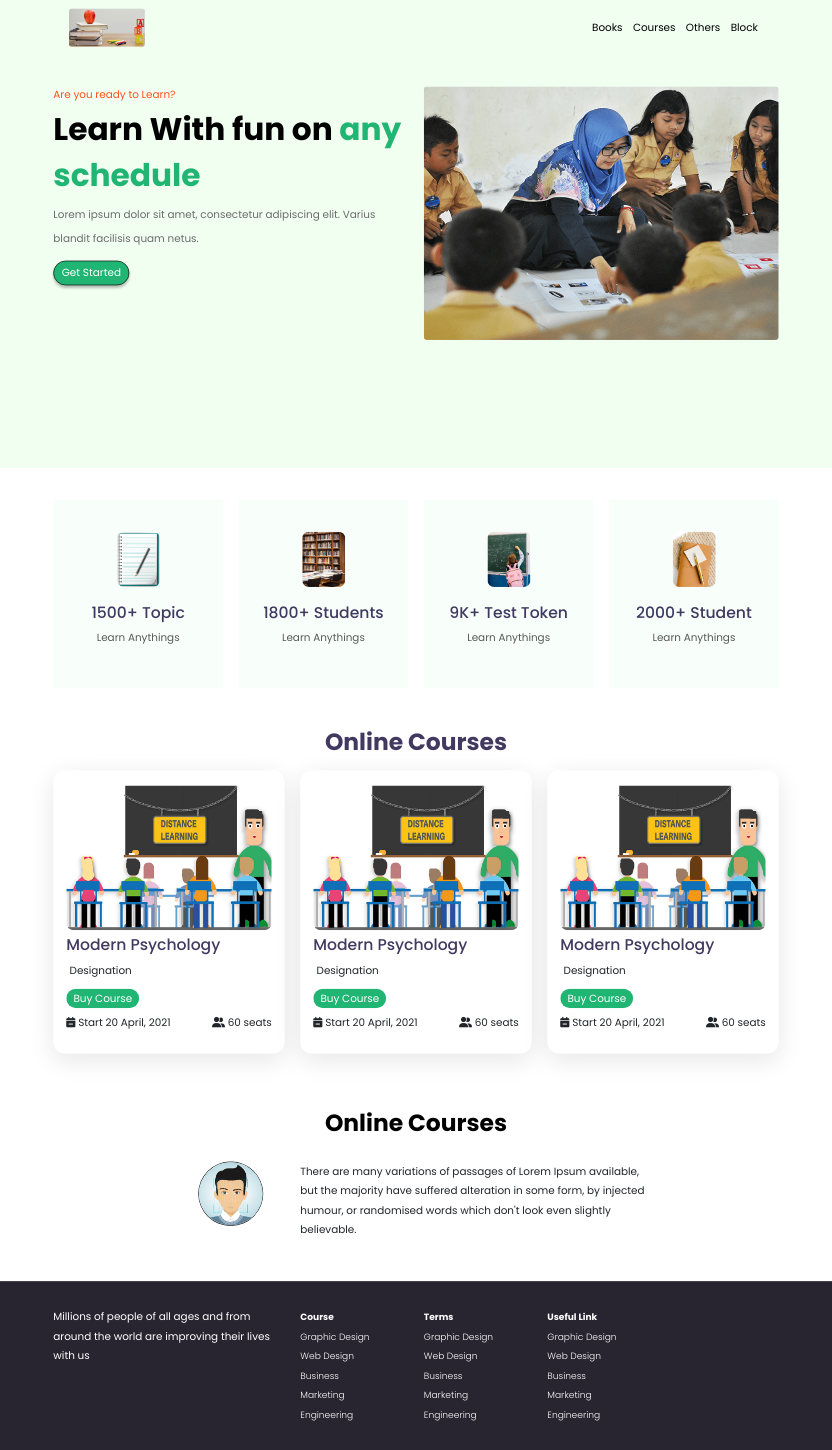
Repository: zjria/Figma-to-E-school
Page: index.html
The author's editor kept a copy of each file at every save. The page is drawn from the files as they stood at one save, then again after the next save.
The browser window is 1280 px wide. The pictures show the whole page, at 65% of full size.
Some web libraries are served in a nearby version.

Above is the page before, as saved 2022-05-07 09:22:30.

### index.html
<!doctype html>
<html lang="en">
  <head>
    <!-- Required meta tags -->
    <meta charset="utf-8">
    <meta name="viewport" content="width=device-width, initial-scale=1">
    <title>E-School</title>

    <!-- Google Font family -->
    <link rel="preconnect" href="https://fonts.googleapis.com">
    <link rel="preconnect" href="https://fonts.gstatic.com" crossorigin>
    <link href="https://fonts.googleapis.com/css2?family=Poppins:wght@100;300;400;500;600;700;800;900&display=swap" rel="stylesheet">
    <!-- Bootstrap CSS -->
    <link href="https://cdn.jsdelivr.net/npm/bootstrap@5.0.2/dist/css/bootstrap.min.css" rel="stylesheet">
    <!-- Font awesome -->
    <link rel="stylesheet" href="https://cdnjs.cloudflare.com/ajax/libs/font-awesome/6.1.1/css/all.min.css">
    <!-- custom css -->
    <link rel="stylesheet" href="style.css">
  </head>
  <body>
    <section class="hero-section">
        <div class="container">
            <div class="row">
                <nav class="navbar navbar-expand-md navbar-light">
                    <div class="container-fluid">
                      <a class="navbar-brand" href="#"><img class="img-fluid rounded-3" src="images/logo.png" alt=""></a>
                      <button class="navbar-toggler" type="button" data-bs-toggle="collapse" data-bs-target="#navbarSupportedContent" aria-controls="navbarSupportedContent" aria-expanded="false" aria-label="Toggle navigation">
                        <span class="navbar-toggler-icon"></span>
                      </button>
                      <div class="collapse navbar-collapse" id="navbarSupportedContent">
                        <ul class="navbar-nav me-auto mb-2 mb-lg-0">
                          <li class="nav-item">
                            <a class="nav-link" href="#">Books</a>
                          </li>
                          <li class="nav-item">
                            <a class="nav-link" href="#">Courses</a>
                          </li>
                          <li class="nav-item">
                            <a class="nav-link" href="#">Others</a>
                          </li>
                          <li class="nav-item">
                            <a class="nav-link" href="#">Block</a>
                          </li>
                        </ul>

                      </div>
                    </div>
                  </nav>
            </div>
            <!-- Header Content Section -->
            <div class="row pt-5">
              <div class="col-md-6 hero-content">
                <h5>Are you ready to Learn?</h5>
                <h1>Learn With fun on <span>any schedule</span></h1>
                <p>Lorem ipsum dolor sit amet, consectetur adipiscing elit. Varius blandit facilisis quam netus.</p>
                <a href="" class="btn btn-custom">Get Started</a>
              </div>
              <div class="col-md-6">
                <img src="images/hero-img.png" class="img-fluid rounded-3" alt="">
              </div>
            </div>
        </div>
    </section>

     <!-- Feature -->
     <section class="feature mt-5 mb-5">
      <div class="container">
        <div class="row">
          <div class="col-md-3">
            <div class="feature-content text-center">
              <img src="images/price-1.png" class="img-fluid" alt="">
              <h3>1500+ Topic</h3>
              <p>Learn Anythings</p>
            </div>
          </div>
          <div class="col-md-3">
            <div class="feature-content text-center">
              <img src="images/price-2.png" class="img-fluid" alt="">
              <h3>1800+ Students</h3>
              <p>Learn Anythings</p>
            </div>
          </div>
          <div class="col-md-3">
            <div class="feature-content text-center">
              <img src="images/price-3.png" class="img-fluid" alt="">
              <h3>9K+ Test Token</h3>
              <p>Learn Anythings</p>
            </div>
          </div>
          <div class="col-md-3">
            <div class="feature-content text-center">
              <img src="images/price-4.png" class="img-fluid" alt="">
              <h3>2000+ Student</h3>
              <p>Learn Anythings</p>
            </div>
          </div>
        </div>
      </div>
     </section>

     <!-- Online Course -->
     <section class="online-course p-2">
       <div class="container">
         <div class="row">
          <div class="col-12 online-header">
            <h1 class="text-center pb-2">Online Courses</h1>
           </div>
         </div>
         <div class="row">
           <div class="col-md-4">
            <div class="course">
              <img src="images/online-1.png" class="img-fluid" alt="">
              <h2>Modern Psychology</h2>
              <h6>Designation</h6>
              <a href="" class="btn btn-cours">Buy Course</a>
              <ul>
                <li><i class="fa-solid fa-calendar-minus"></i> Start 20  April, 2021</li>
                <li><i class="fa-solid fa-user-group"></i> 60 seats</li>
              </ul>
            </div>
           </div>
           <div class="col-md-4">
            <div class="course">
              <img src="images/online-1.png" class="img-fluid" alt="">
              <h2>Modern Psychology</h2>
              <h6>Designation</h6>
              <a href="" class="btn btn-cours">Buy Course</a>
              <ul>
                <li><i class="fa-solid fa-calendar-minus"></i> Start 20  April, 2021</li>
                <li><i class="fa-solid fa-user-group"></i> 60 seats</li>
              </ul>
            </div>
           </div>
           <div class="col-md-4">
            <div class="course">
              <img src="images/online-1.png" class="img-fluid" alt="">
              <h2>Modern Psychology</h2>
              <h6>Designation</h6>
              <a href="" class="btn btn-cours">Buy Course</a>
              <ul>
                <li><i class="fa-solid fa-calendar-minus"></i> Start 20  April, 2021</li>
                <li><i class="fa-solid fa-user-group"></i> 60 seats</li>
              </ul>
            </div>
           </div>
         </div>
       </div>
     </section>

     <!-- Testimonial -->
     <section class="testimonial pt-3 p-md-5">
       <div class="container">
        <div class="row">
          <div class="col-12 online-header testimonial-color">
            <h1 class="text-center p-4 ">Online Courses</h1>
           </div>
         </div>
         <div class="row">
          <div class="col-md-2"></div>
          <div class="col-md-8">
            <div class="row">
              <div class="col-md-3">
                <div class="claind">
                  <img src="images/man.png" class="img-fluid" alt="">
                </div>
              </div>
              <div class="col-md-9">
                <p>There are many variations of passages of Lorem Ipsum available, but the
                  majority have suffered alteration in some form, by injected humour,
                 or randomised words which don't look even slightly believable.</p>
              </div>
            </div>
          </div>
          <div class="col-md-2"></div>
         </div>
       </div>
     </section>

    <!-- Footer Section -->
    <footer class="footer-section">
      <div class="container">
        <div class="row">
          <div class="col-md-4">
            <div class="content">
              <p>Millions of people of all ages and from around
                the world are improving their lives with us</p>
            </div>
          </div>
          <div class="col-md-2">
            <div class="footer-course">
              <ul>
                <li>Course</li>
                <li>Graphic Design</li>
                <li>Web Design</li>
                <li>Business</li>
                <li>Marketing</li>
                <li>Engineering</li>
              </ul>
            </div>
          </div>
          <div class="col-md-2">
            <div class="footer-course">
              <ul>
                <li>Terms</li>
                <li>Graphic Design</li>
                <li>Web Design</li>
                <li>Business</li>
                <li>Marketing</li>
                <li>Engineering</li>
              </ul>
            </div>
          </div>
          <div class="col-md-2">
            <div class="footer-course">
              <ul>
                <li>Useful Link</li>
                <li>Graphic Design</li>
                <li>Web Design</li>
                <li>Business</li>
                <li>Marketing</li>
                <li>Engineering</li>
              </ul>
            </div>
          </div>
        </div>
      </div>
    </footer>



    <!-- Option 1: Bootstrap Bundle with Popper -->
    <script src="https://cdn.jsdelivr.net/npm/bootstrap@5.0.2/dist/js/bootstrap.bundle.min.js"></script>
  </body>
</html>

### style.css
body{
    font-family: 'Poppins', sans-serif;
}
.hero-section{
    background: #F0FFF0;
    min-height: 100vh;
}
.navbar-light .navbar-nav .nav-link {
    color: rgb(0, 0, 0);
    font-family: 'Poppins', sans-serif;
    font-style: normal;
    font-weight: 400;
    font-size: 16px;
    line-height: 24px;
}
.navbar-light .navbar-nav .nav-link:hover {
    color: #C2B49D;
}
.navbar-brand img{
    width: 15%;
}
.hero-content h5 {
    font-family: 'Poppins';
    font-style: normal;
    font-weight: 400;
    font-size: 16px;
    line-height: 24px;
    color: #FD511A;
}
.hero-content h1 {
    font-family: 'Poppins';
    font-style: normal;
    font-weight: 700;
    font-size: 48px;
    line-height: 70px;
    color: #000000;
}
.hero-content h1 span{
    color: #21B573
}
.hero-content p {
    font-family: 'Poppins';
    font-style: normal;
    font-weight: 400;
    font-size: 16px;
    line-height: 36px;
    color: #6C6B6B;
}
.btn-custom{
    background: #21B573;
    border: 1px solid #000000;
    box-shadow: 0px 4px 4px rgba(0, 0, 0, 0.25);
    border-radius: 33px;
    color: #fff;
}
.feature-content{
    background: #F8FFFB;
    padding: 50px 0;
}
.feature-content img{
    width: 66px;
    height: 85px;
    margin-bottom: 22px;
    border-radius: 10px;

}
.feature-content h3{
font-family: 'Poppins';
font-style: normal;
font-weight: 500;
font-size: 24px;
line-height: 36px;color: #413960;
}
.feature-content p{
font-family: 'Poppins';
font-style: normal;
font-weight: 400;
font-size: 16px;
line-height: 24px;color: #585859;
}
.feature-content:hover{
    background: #FFFFFF;
    box-shadow: 0px 20px 40px rgba(0, 0, 0, 0.1);
    border-radius: 10px;
}
/* Online Course */
.course {

background: #FFFFFF;
box-shadow: 0px 10px 40px rgba(0, 0, 0, 0.1);
border-radius: 18px;padding: 20px;}
.course img{

border-radius: 11px;}
.course h2{

font-family: 'Poppins';
font-style: normal;
font-weight: 500;
font-size: 24px;
line-height: 36px;color: #413960;padding: 5px 0px;margin: 0;}
.course h6{

margin: 0;font-family: 'Poppins';

font-weight: 400;

line-height: 24px;margin: 5px;}
.course .btn-cours{

background: #21B573;
border-radius: 33px;color: #fff;padding: 2px 10px;margin: 10px 0px;}
.course ul{

display: flex;justify-content: space-between;padding: 0;}
.course ul li {

list-style: none;margin: 0px;padding: 0px;}
.course ul li i{

}
.online-header h1{

color: #413960;font-weight: 700;
font-size: 36px;
line-height: 54px;}

/* testimonial */
.testimonial-color h1{
    color: #000000;
    font-weight: 700;
    font-size: 36px;
    line-height: 54px;
}
.claind{
width: 60%;margin: auto;border: 1px solid;border-radius: 50%;overflow: hidden;}
.testimonial p{
    font-weight: 400;
font-size: 16px;
line-height: 30px;
}
.footer-section {
  background: #282531;
  color: #fff;
  padding: 40px 0px;
}
.footer-section p {
    font-weight: 400;
    font-size: 16px;
    line-height: 30px;
}
.footer-course ul{
    list-style: none;
    margin: 0px;
    padding: 0px;
}
.footer-course ul li:first-child{
    font-weight: 700;

}
.footer-course ul li{
    font-weight: 300;
    font-size: 14px;
    line-height: 30px;
}

After the next save:
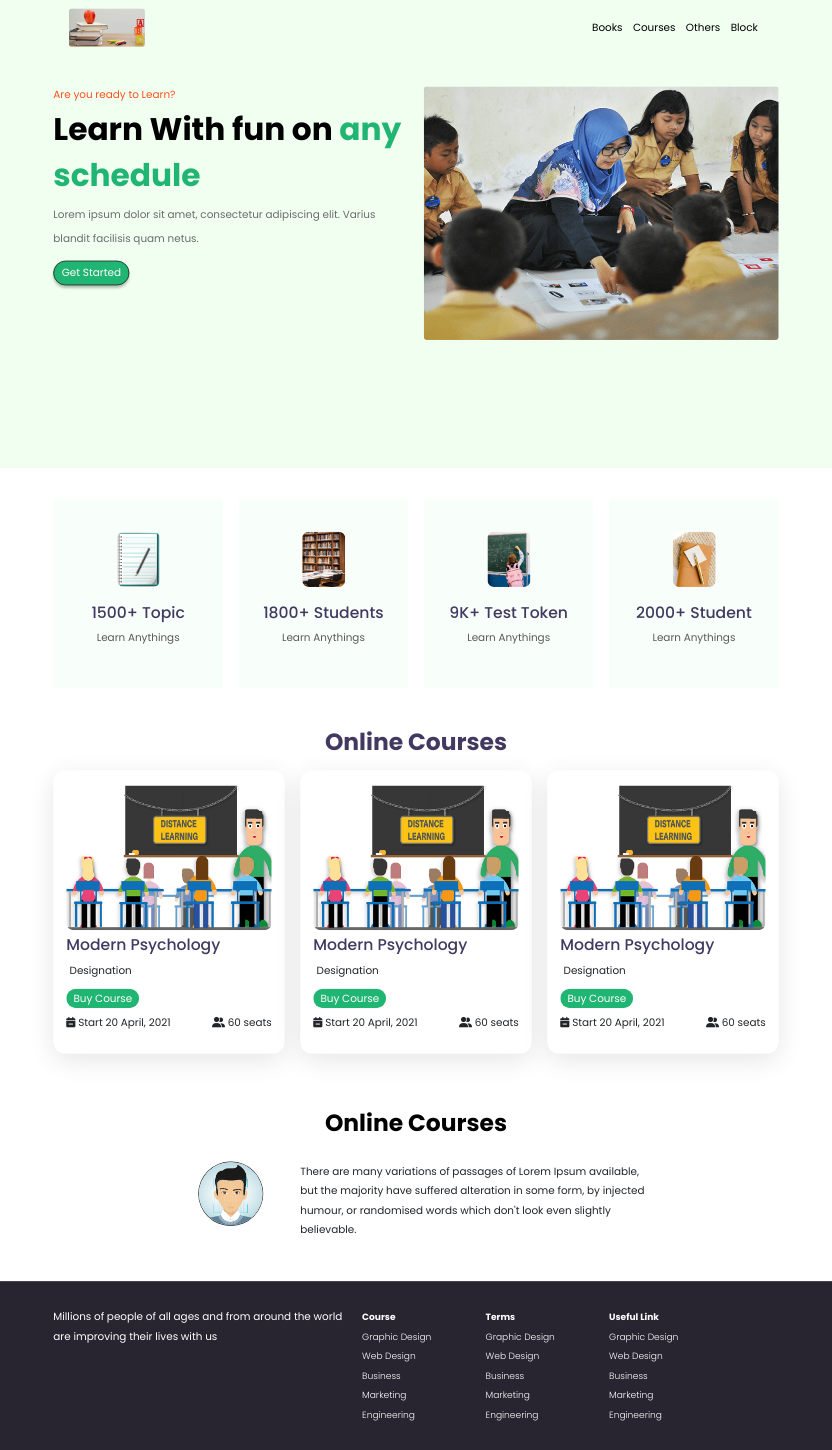
Saved 18 s later.
--- a/index.html
+++ b/index.html
@@ -180,7 +180,7 @@
     <footer class="footer-section">
       <div class="container">
         <div class="row">
-          <div class="col-md-4">
+          <div class="col-md-5">
             <div class="content">
               <p>Millions of people of all ages and from around
                 the world are improving their lives with us</p>
